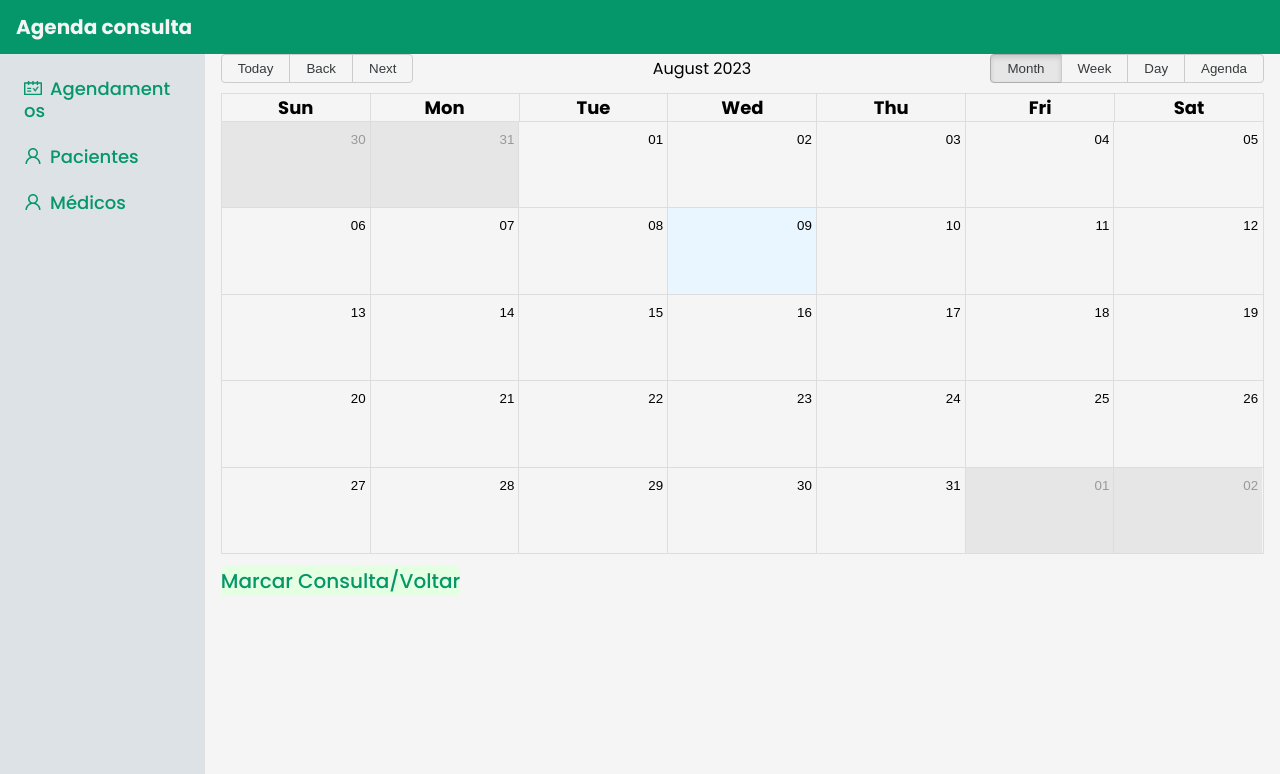
Repository: BarbaraCD/agendaconsulta
Page: /appointments/calendar
An editor plug-in stored every save of this project. The page is shown before and after the next save, followed by the edit.
The browser window is 1280 px wide. The pictures show the whole page.
The page's requests for data from a server got no answer. The project was rebuilt for these pictures with package versions that can differ from the ones it lists, and the page was loaded fresh each time. No one was signed in, and anything a server would have sent is missing. Also part of the build but not shown: vite.config.ts, src/styles/StyleList.ts, src/components/Doctors.tsx, src/styles/InputContainer.ts, src/components/InputDoctors.tsx, src/components/SubmitButton.tsx, src/styles/CreateContainer.ts, src/components/CreateDoctor.tsx and 4 more.

Above is the page before, as saved 2023-08-09 14:54:44.

After the next save:
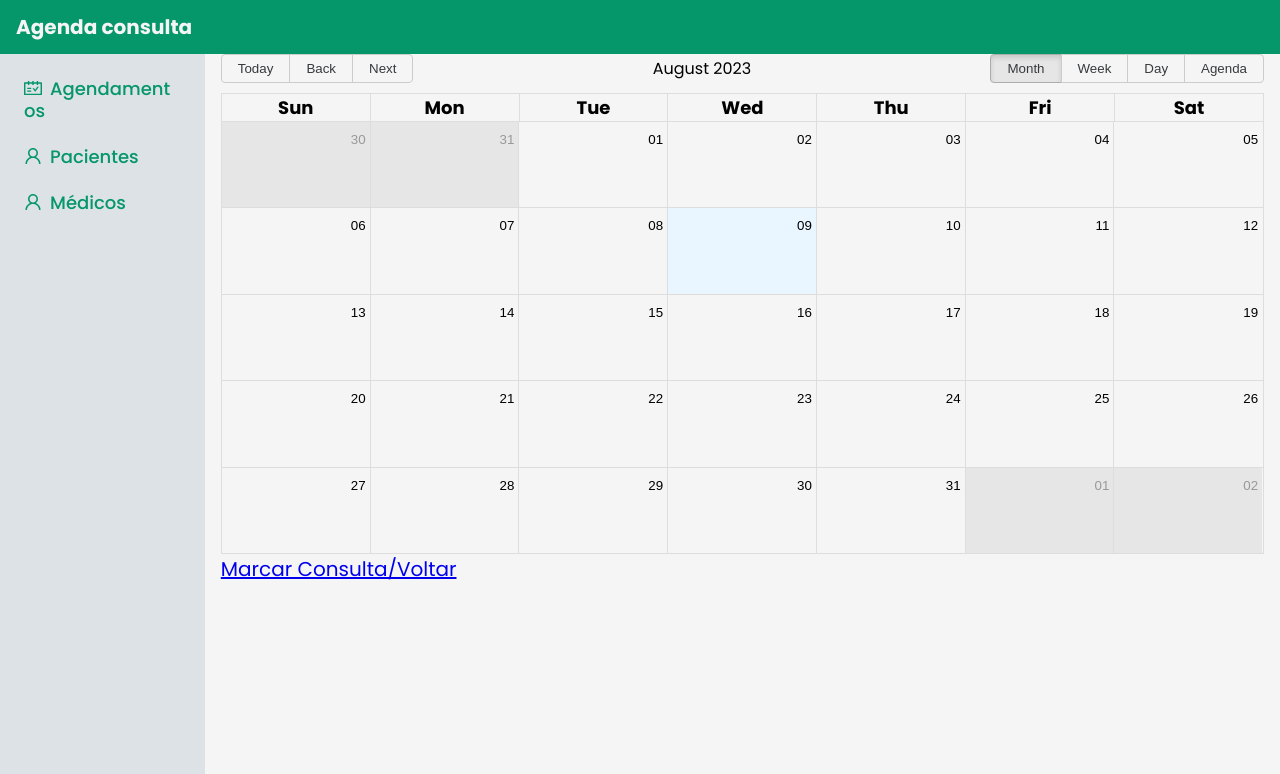
Saved 25 s later.
--- a/src/components/Calendar.tsx
+++ b/src/components/Calendar.tsx
@@ -5,13 +5,14 @@ import 'react-big-calendar/lib/css/react-big-calendar.css';
 import { deleteAppointment, getAppointment } from '../services/appointment.services';
 import { Modal } from 'antd';
 
-import { StyledA, CalendarStyled, ApFooter } from '../styles/Appointments';
+import { StyledA, CalendarStyled, ApFooter, ApFooter } from '../styles/Appointments';
 import { AppointmentsProps } from './Appointments';
 import { getDoctorById } from '../services/doctor.services';
 import { getPatientById } from '../services/patient.services';
 import { DeleteOutlined, EditOutlined } from '@ant-design/icons';
 import { PatientsTypes } from '../model/patients';
 import { DoctorsTypes } from '../model/doctors';
+import { Link } from 'react-router-dom';
 
 const localizer = momentLocalizer(moment);
 
@@ -96,7 +97,7 @@ export const AppointmentsCalendar = () => {
         onSelectEvent={handleSelectEvent}
       />
       <ApFooter>
-        <StyledA href="/appointments">Marcar Consulta/Voltar</StyledA>
+        <Link to="/appointments">Marcar Consulta/Voltar</Link>
       </ApFooter>
 
       <Modal
